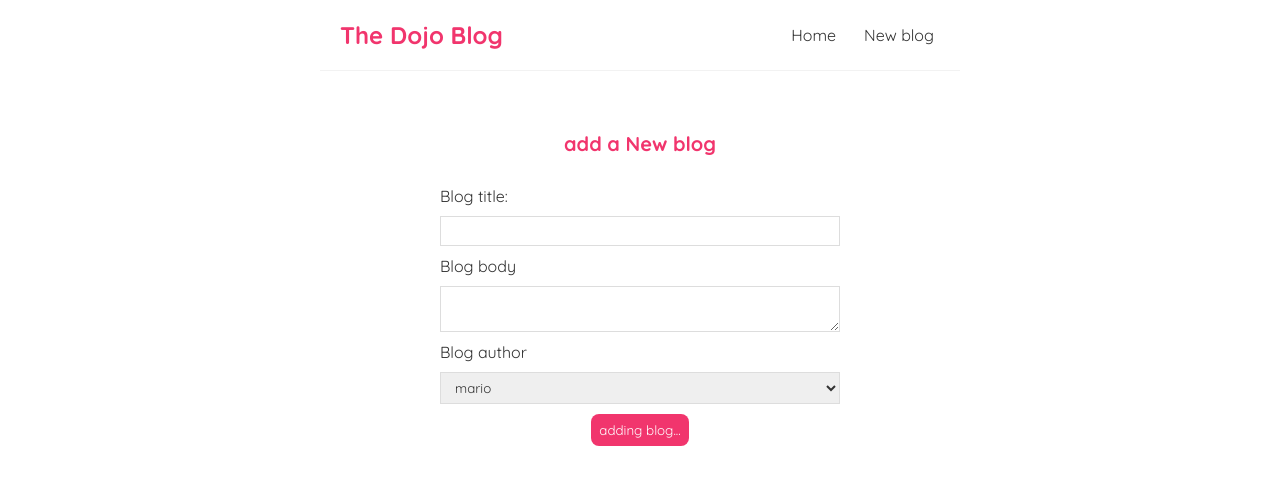
Repository: Samkiroko/full-reacr-ninja
Page: /create
An editor plug-in stored every save of this project. The page is shown before and after the next save, followed by the edit.
The browser window is 1280 px wide. The pictures show the whole page.
The project was rebuilt for these pictures with package versions that can differ from the ones it lists, and the page was loaded fresh each time. Also part of the build but not shown: src/BlogList.js, src/useFetch.js, src/Home.js, src/BlogDetails.js.

Above is the page before, as saved 2021-07-23 17:37:19.

### src/index.css
@import url('https://fonts.googleapis.com/css2?family=Quicksand:wght@300;400;500;600;700&display=swap');

/* base styles */

* {
    margin: 0;
    font-family: 'Quicksand';
    color: #333;
}

.navbar {
    padding: 20px;
    display: flex;
    align-items: center;
    max-width: 600px;
    margin: 0 auto;
    border-bottom: 1px solid #f2f2f2;
}

.navbar h1 {
    color: #f1356d;
}

.navbar .links {
    margin-left: auto;
}

.navbar a {
    margin-left: 16px;
    text-decoration: none;
    padding: 6px;
}

.navbar a:hover {
    color: #f1356d;
}

.content {
    max-width: 600px;
    margin: 40px auto;
    padding: 20px;
}


/* blog previews / list */

.blog-preview {
    padding: 10px 16px;
    margin: 20px 0;
    border-bottom: 1px solid #fafafa;
}

.blog-preview:hover {
    box-shadow: 1px 3px 5px rgba(0, 0, 0, 0.1);
}

.blog-preview h2 {
    font-size: 20px;
    color: #f1356d;
    margin-bottom: 8px;
}

.blog-preview a {
    text-decoration: none;
}


/* blog details page */

.blog-details h2 {
    font-size: 20px;
    color: #f1356d;
    margin-bottom: 10px;
}

.blog-details div {
    margin: 20px 0;
}

.blog-details button {
    background: #f1356d;
    color: #fff;
    border: 0;
    padding: 8px;
    border-radius: 8px;
    cursor: pointer;
}


/* create new blog form */

.create {
    max-width: 400px;
    margin: 0 auto;
    text-align: center;
}

.create label {
    text-align: left;
    display: block;
}

.create h2 {
    font-size: 20px;
    color: #f1356d;
    margin-bottom: 30px;
}

.create input,
.create textarea,
.create select {
    width: 100%;
    padding: 6px 10px;
    margin: 10px 0;
    border: 1px solid #ddd;
    box-sizing: border-box;
    display: block;
}

.create button {
    background: #f1356d;
    color: #fff;
    border: 0;
    padding: 8px;
    border-radius: 8px;
    cursor: pointer;
}

### src/App.js
import Home from './Home'
import Navbar from './Navbar'
import { BrowserRouter as Router, Route, Switch } from 'react-router-dom'
import Create from './Create'
import BlogDetails from './BlogDetails'

function App() {
  return (
    <Router>
      <div className='App'>
        <Navbar />
        <div className='content'>
          <Switch>
            <Route exact path='/' component={Home} />
            <Route exact path='/create' component={Create} />
            <Route exact path='/blogs/:id' component={BlogDetails} />
          </Switch>
        </div>
      </div>
    </Router>
  )
}

export default App

### src/Navbar.js
import React from 'react'
import { Link } from 'react-router-dom'

const Navbar = () => {
  return (
    <nav className='navbar'>
      <h1>The Dojo Blog</h1>
      <div className='links'>
        <Link to='/'>Home</Link>
        <Link to='/create'>New blog</Link>
      </div>
    </nav>
  )
}

export default Navbar

### src/Create.js
import { useState } from 'react'

const Create = () => {
  const [title, setTitle] = useState('')
  const [body, setBody] = useState('')
  const [author, setAuthor] = useState('mario')
  const [isPending, setIsPending] = useState(false)

  const handleSubmit = (e) => {
    e.preventDefault()
    const blog = { title, body, author }

    fetch(' http://localhost:8000/blogs', {
      method: 'POST',
      headers: { 'Content-Type': 'application/json' },
      body: JSON.stringify(blog),
    }).then(() => {
      setTitle('')
      setBody('')
      setAuthor('mario')
    })
  }

  return (
    <div className='create'>
      <h2>add a New blog</h2>
      <form onSubmit={handleSubmit}>
        <label>Blog title:</label>
        <input type='text' required value={title} onChange={(e) => setTitle(e.target.value)} />
        <label>Blog body</label>
        <textarea required value={body} onChange={(e) => setBody(e.target.value)}></textarea>
        <label>Blog author</label>
        <select value={author} onChange={(e) => setAuthor(e.target.value)}>
          <option value='mario'>mario</option>
          <option value='yoshi'>yoshi</option>
        </select>
        {isPending && <button>add blog</button>}
        {!isPending && (
          <button className='create__add' disabled>
            adding blog...
          </button>
        )}
      </form>
    </div>
  )
}

export default Create

Loaded but not shown: public/index.html (common file); src/index.js (common file)

After the next save:
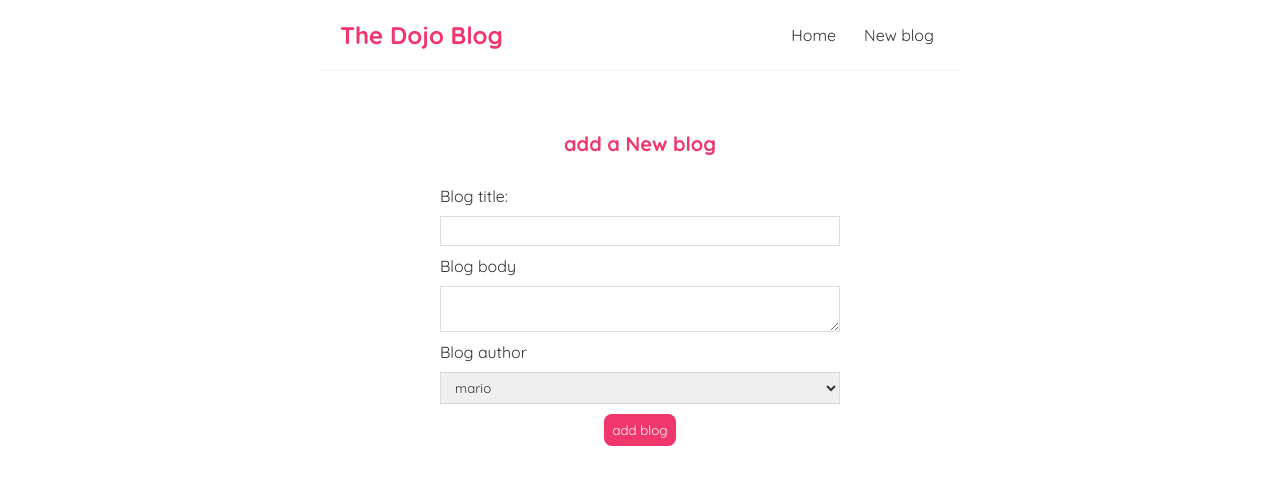
Saved 16 s later.
--- a/src/Create.js
+++ b/src/Create.js
@@ -34,8 +34,8 @@ const Create = () => {
           <option value='mario'>mario</option>
           <option value='yoshi'>yoshi</option>
         </select>
-        {isPending && <button>add blog</button>}
-        {!isPending && (
+        {!isPending && <button>add blog</button>}
+        {isPending && (
           <button className='create__add' disabled>
             adding blog...
           </button>
